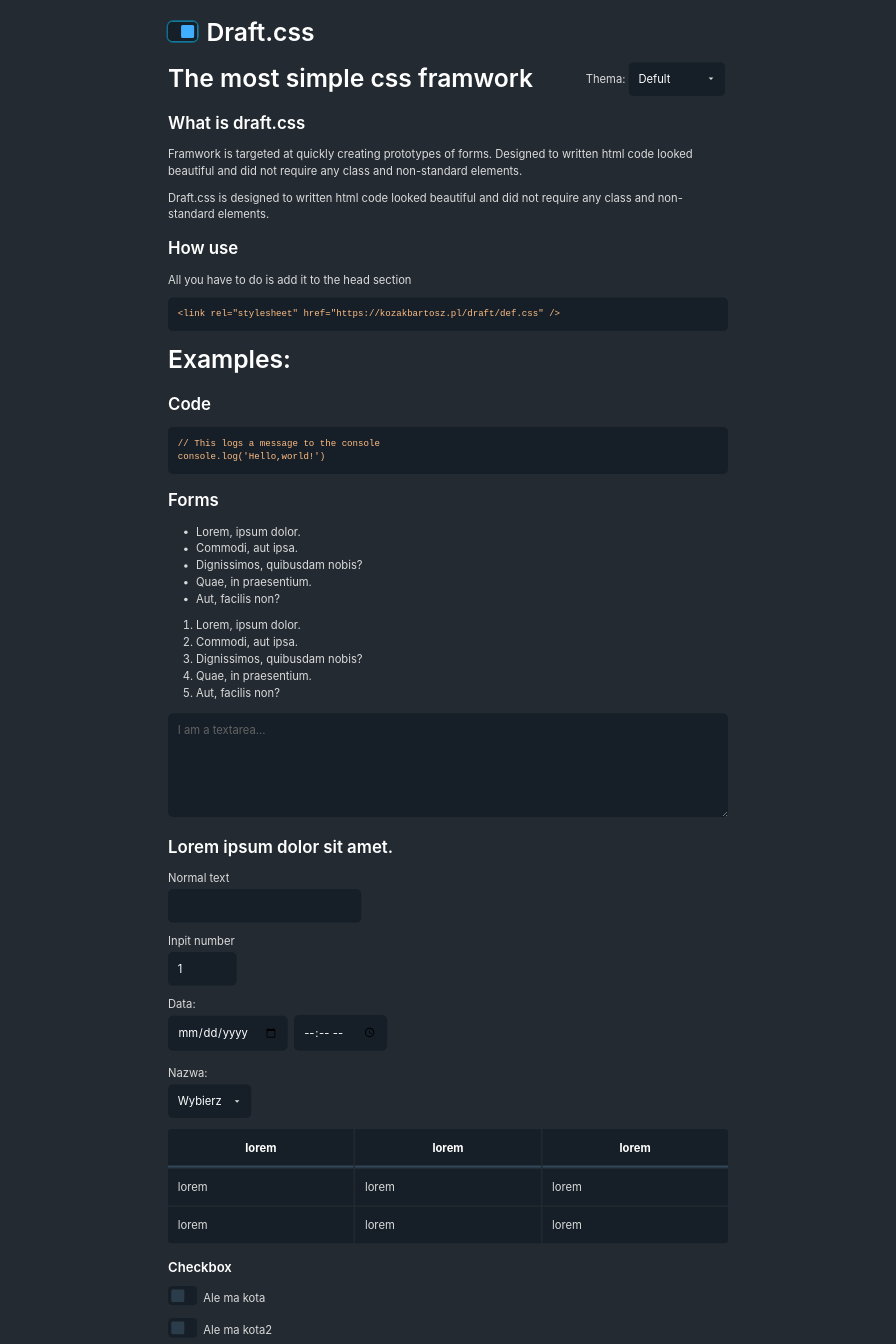
Repository: KozakBartosz/Draft
Page: index.html
These files come from the project's save history. The page is drawn as it stood at one moment and after the next save; the edit follows.
The browser window is 1280 px wide. The pictures show the part of the page from y = 0 to 1920 px (the page is 3851 px tall before and 4016 px after), at 70% of full size.

Above is the page before, as saved 2019-04-12 08:34:22.

After the next save:
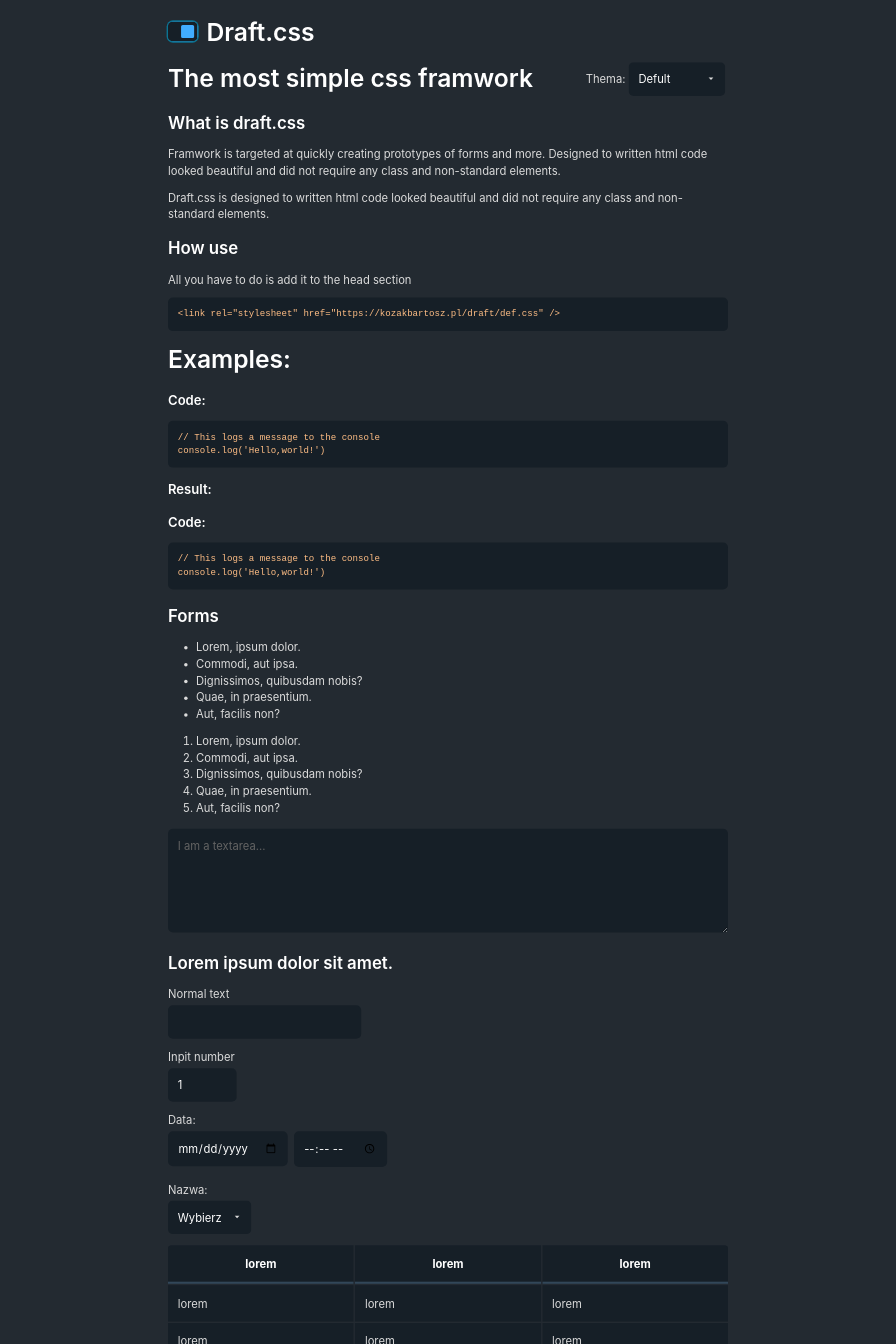
Saved 77 s later.
--- a/index.html
+++ b/index.html
@@ -22,9 +22,9 @@
 		<h1>The most simple css framwork</h1>
 		<h2>What is draft.css</h2>
 		<p>
-			Framwork is targeted at quickly creating prototypes of forms.
-			Designed to written html code looked beautiful and did not require
-			any class and non-standard elements.
+			Framwork is targeted at quickly creating prototypes of forms and
+			more. Designed to written html code looked beautiful and did not
+			require any class and non-standard elements.
 		</p>
 		<p>
 			Draft.css is designed to written html code looked beautiful and did
@@ -37,8 +37,13 @@
 
 		<h1>Examples:</h1>
 
-		<h2>Code</h2>
+		<h3>Code:</h3>
 		<pre><code>// This logs a message to the console<br />console.log('Hello,world!')</code></pre>
+		<h3>Result:</h3>
+
+		<h3>Code:</h3>
+		<pre><code>// This logs a message to the console<br />console.log('Hello,world!')</code></pre>
+
 		<h2>Forms</h2>
 
 		<ul>
